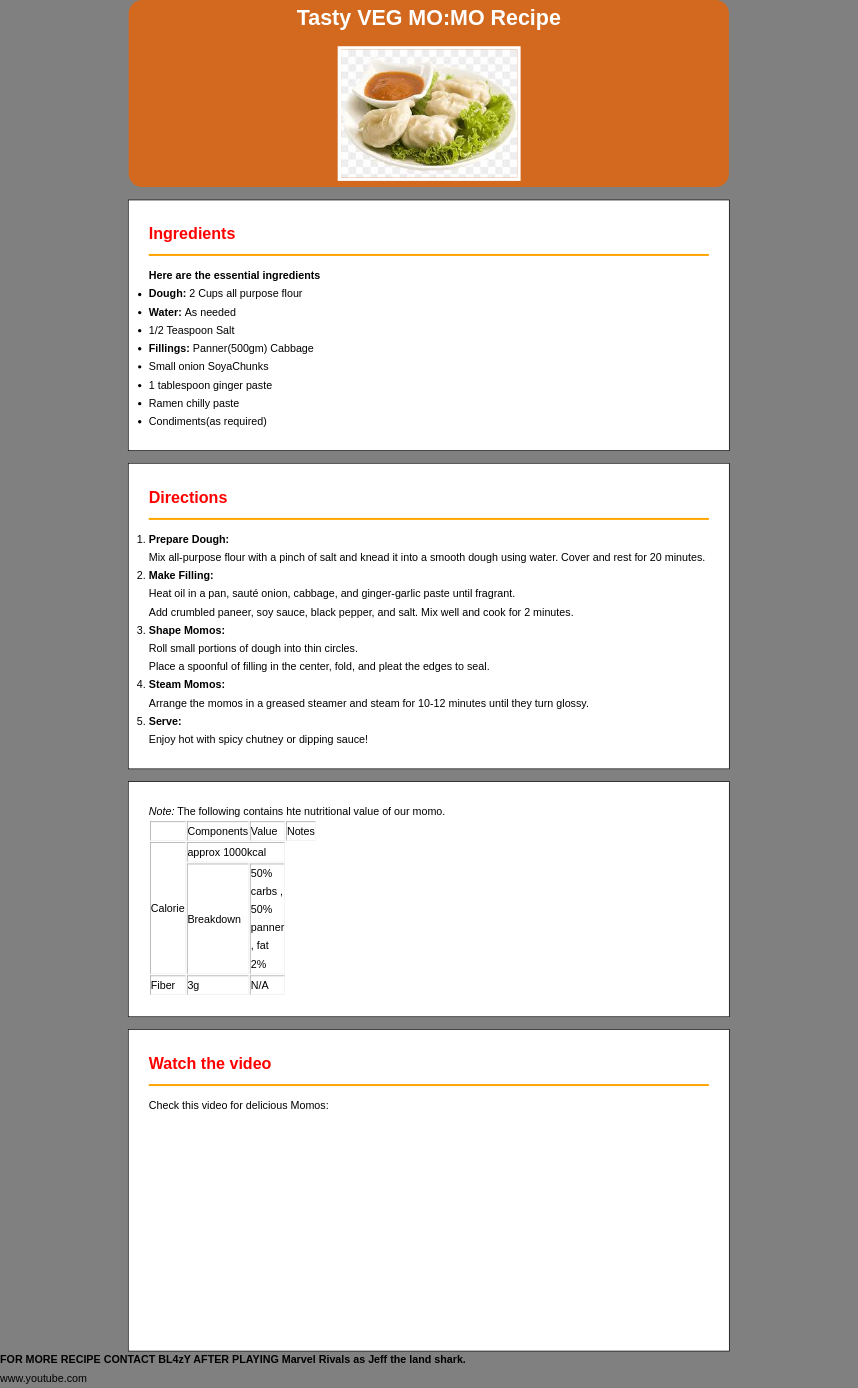
Repository: GigaByte6610/recipe
Page: index.html
An editor plug-in stored every save of this project. The page is shown before and after the next save, followed by the edit.
The browser window is 1280 px wide. The pictures show the whole page, at 67% of full size.
Pictures or frames that could not be fetched are drawn as grey boxes.

Above is the page before, as saved 2025-02-05 04:35:01.

After the next save:
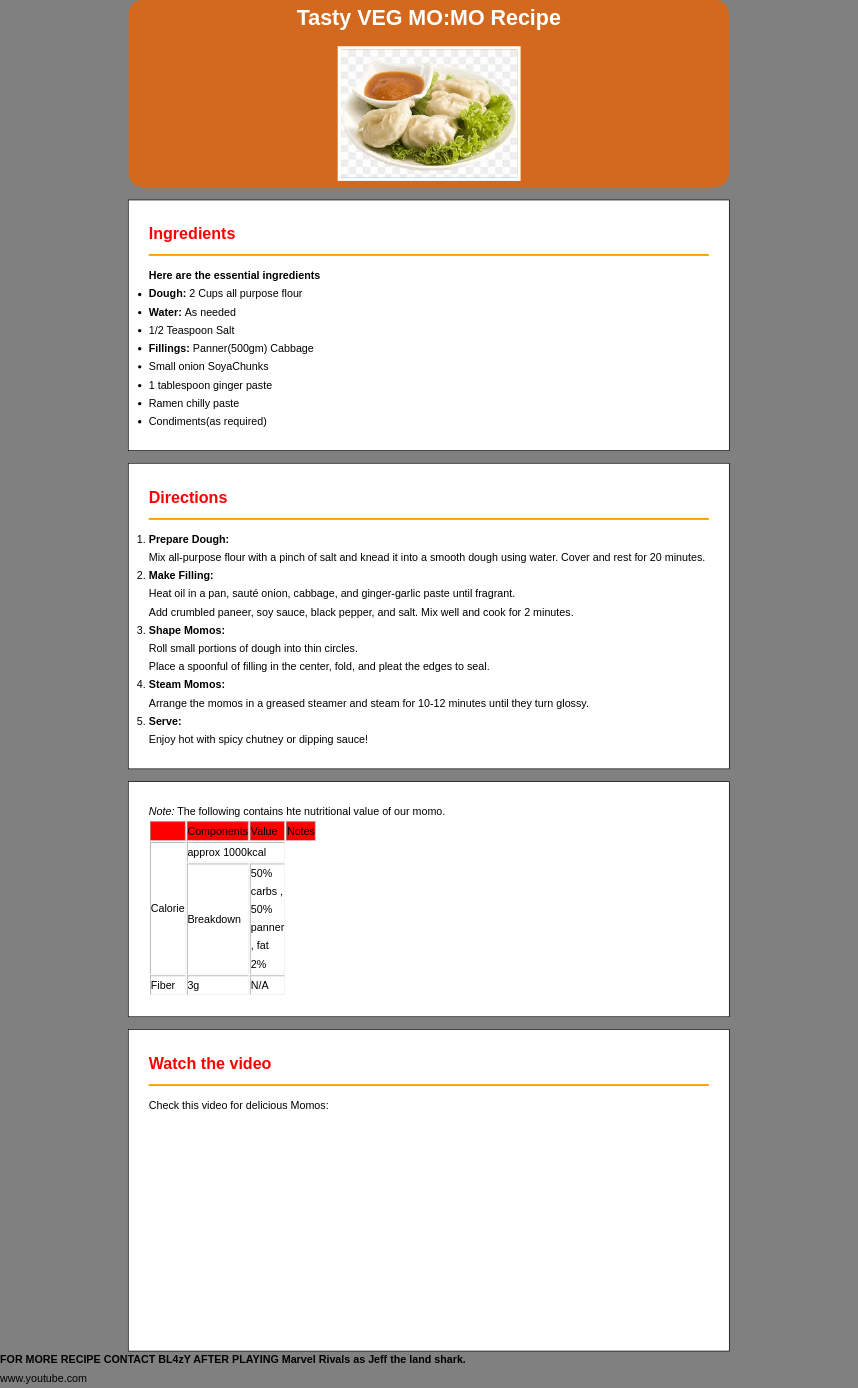
Saved 44 s later.
--- a/style.css
+++ b/style.css
@@ -51,3 +51,7 @@ table {
     width: 100px;
     border: 0;
 }
+
+thead {
+    background-color: red;
+}
